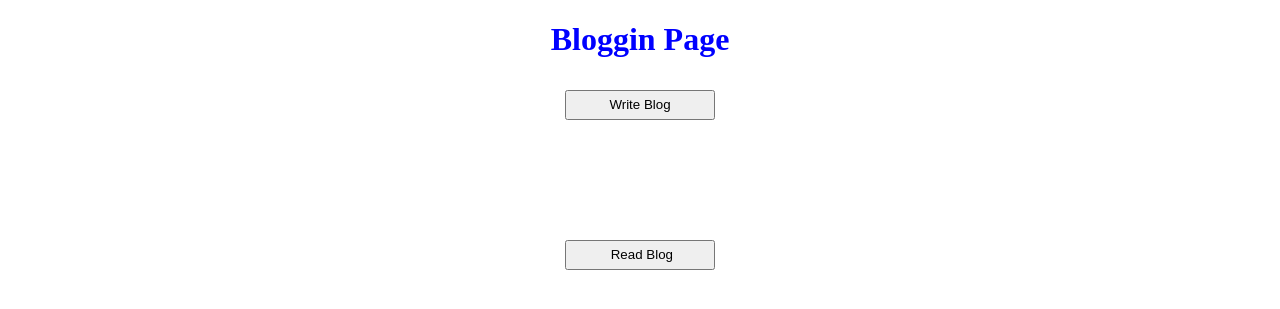
Repository: choubeyshubham018/CompleteJavaQuestions
Page: http://localhost/Ques_17_ServletBlogApplication/
An editor plug-in stored every save of this project. The page is shown before and after the next save, followed by the edit.
The browser window is 1280 px wide. The pictures show the whole page.
The page is served by Tomcat 9. Other server files are loaded and not shown.

Above is the page before, as saved 2023-09-19 06:29:37.

### Servlet Assignment/Ques_17_ServletBlogApplication/src/main/webapp/index.jsp
<%@ page language="java" contentType="text/html; charset=ISO-8859-1"
    pageEncoding="ISO-8859-1" %>
<!DOCTYPE html>
<html>
<head>
<meta charset="ISO-8859-1">
<title>Home Page</title>
</head>
<body>

<h1 style="text-align: center; color: blue;">Bloggin Page</h1>
<div style="display: flex; justify-content: center; height: 200px; flex-direction: column;align-items: center;">
<div style="padding: 30px; margin: 30px;">
<form action="./blog & s1=save %">
<input type="submit" value="Write Blog" style="height: 30px;width: 150px;">
</form>
</div>
<div style="padding: 30px; margin: 30px;">
<form action="./blog & s1=write %">
<input type="submit" value=" Read Blog" style="height: 30px;width: 150px;">
</form>
</div>
</div>
</body>
</html>

After the next save:
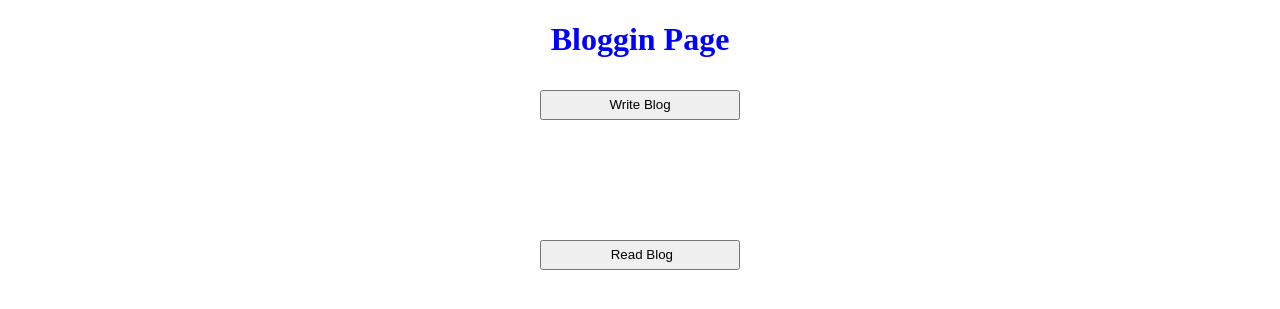
Saved 13 s later.
--- a/Servlet Assignment/Ques_17_ServletBlogApplication/src/main/webapp/index.jsp
+++ b/Servlet Assignment/Ques_17_ServletBlogApplication/src/main/webapp/index.jsp
@@ -12,12 +12,12 @@
 <div style="display: flex; justify-content: center; height: 200px; flex-direction: column;align-items: center;">
 <div style="padding: 30px; margin: 30px;">
 <form action="./blog & s1=save %">
-<input type="submit" value="Write Blog" style="height: 30px;width: 150px;">
+<input type="submit" value="Write Blog" style="height: 30px;width: 200px;">
 </form>
 </div>
 <div style="padding: 30px; margin: 30px;">
 <form action="./blog & s1=write %">
-<input type="submit" value=" Read Blog" style="height: 30px;width: 150px;">
+<input type="submit" value=" Read Blog" style="height: 30px;width: 200px;">
 </form>
 </div>
 </div>
